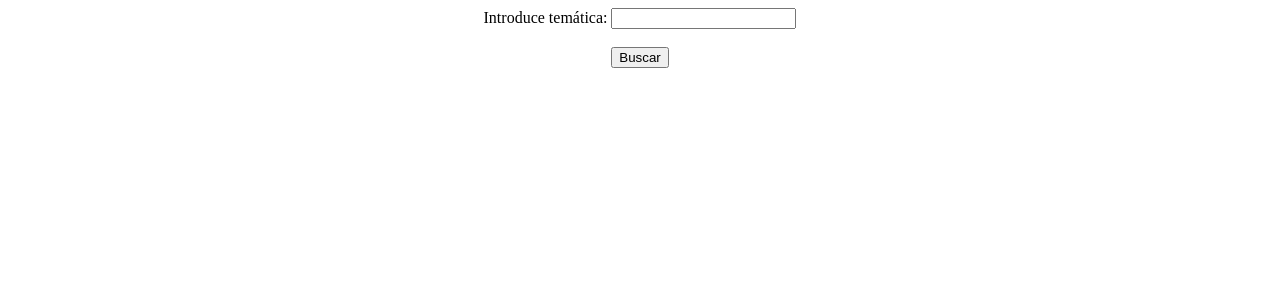
Repository: zhimbaya/corenetworks-javaee-2024
Page: JavaEE-servicio-rest/_03_cliente_front_buscador/public/buscador.html
The author's editor kept a copy of each file at every save. The page is drawn from the files as they stood at one save, then again after the next save.
The browser window is 1280 px wide. The pictures show the whole page.

Above is the page before, as saved 2024-02-07 19:01:26.

### JavaEE-servicio-rest/_03_cliente_front_buscador/public/buscador.html
<!DOCTYPE html>
<html>
<head>
<meta charset="utf-8">
<title>Buscador</title>
</head>
<body>
	<center>
		Introduce temática: <input type="text" id="tematica"/>
		<br>
		<br>
		<input value="Buscar" id="enviar" type="button">
		<br>
		<br>
		<div id="tbResultados">
		</div>
	</center>
<script src="https://ajax.googleapis.com/ajax/libs/jquery/3.7.1/jquery.min.js"></script>
<script type="text/javascript">
	$("#enviar").click(buscarResultados);
	function buscarResultados(){
		let url = "http://localhost:8080/_01_servicio_buscador/buscar";
		let params = {"tematica":$("#tematica").val()};
		$.get(url,params, function(data){
			let res = "<h1>Resultados de la búsqueda</h1>";
			$.each(data,function(e,i){
				res += "<a href='"+e.url+"'>"+e.url+"</a><br>";
				res += "<b>"+e.descripcion+"</b><br><hr>"
			});
		$("#tbResultados").html(res);
		});
	}
</script>
</body>
</html>

After the next save:
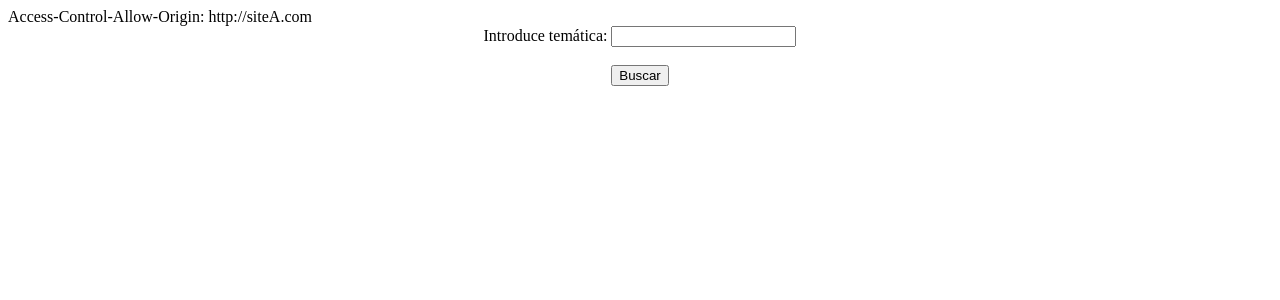
Saved 108 s later.
--- a/JavaEE-servicio-rest/_03_cliente_front_buscador/public/buscador.html
+++ b/JavaEE-servicio-rest/_03_cliente_front_buscador/public/buscador.html
@@ -3,6 +3,7 @@
 <head>
 <meta charset="utf-8">
 <title>Buscador</title>
+Access-Control-Allow-Origin: http://siteA.com
 </head>
 <body>
 	<center>
